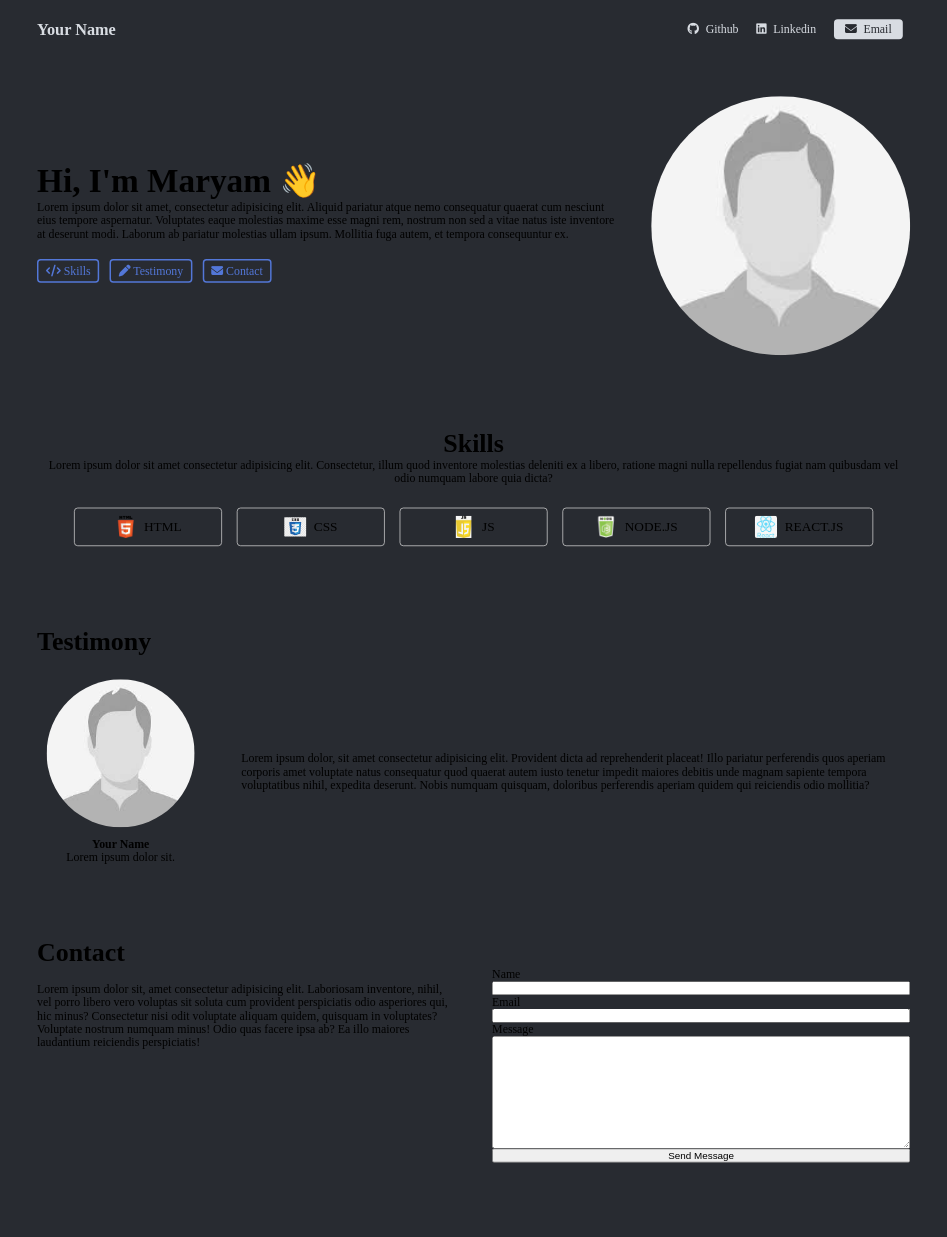
Repository: MaramMaryam/my-portfolio-test
Page: index.html
The author's editor kept a copy of each file at every save. The page is drawn from the files as they stood at one save, then again after a run of saves.
The browser window is 1280 px wide. The pictures show the whole page, at 74% of full size.
Some web libraries are served in a nearby version.

Above is the page before, as saved 2024-09-20 19:33:34.

After the next 14 saves:
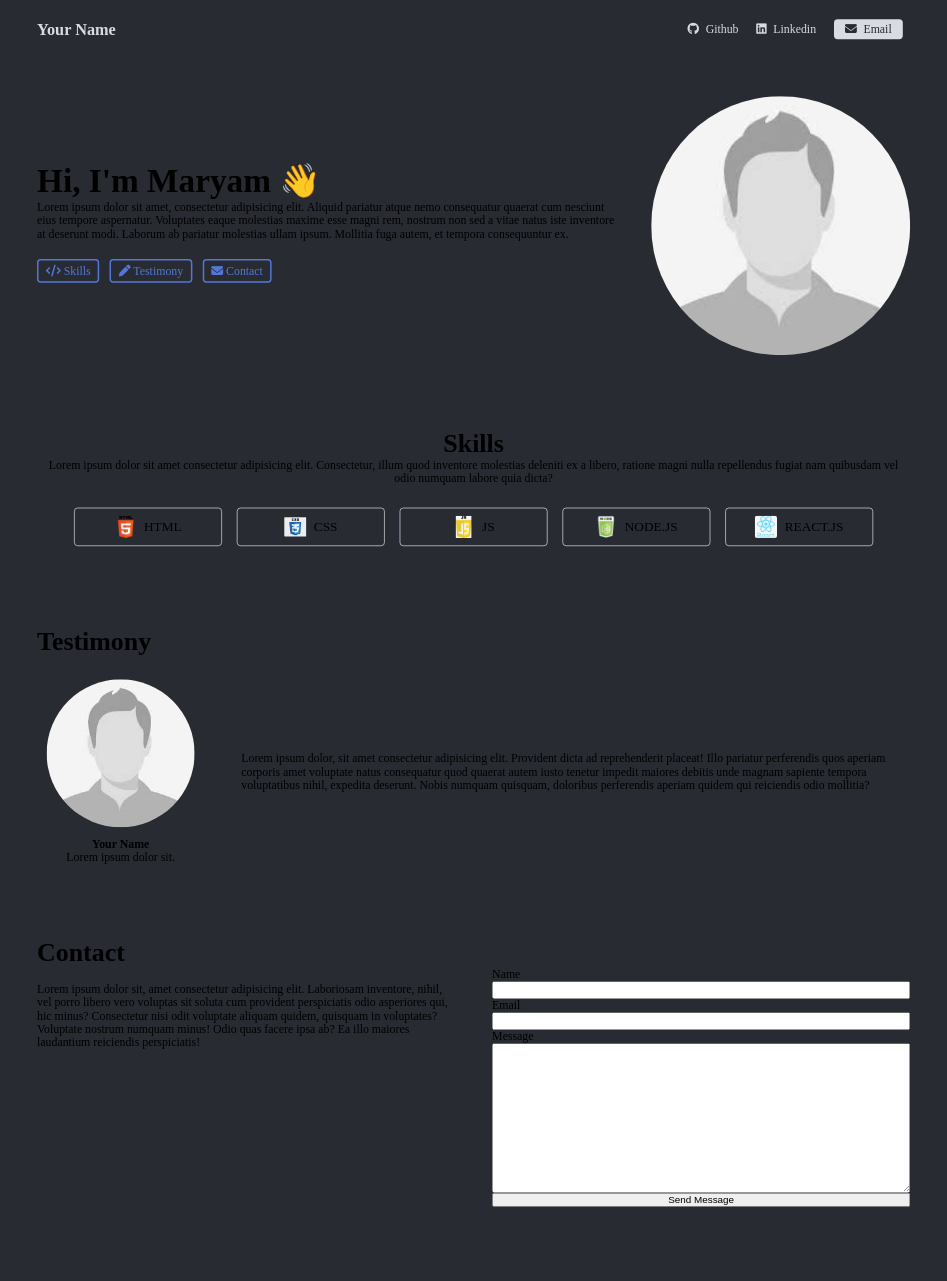
The 14 saves are shown as one change because they came seconds apart.
The last was saved 30 s later.
--- a/styles.css
+++ b/styles.css
@@ -185,7 +185,10 @@ nav .right a span {
     display: flex;
     flex-direction: column;
   }
-  .contact-section .group form
+  .contact-section .group form input,
+  .contact-section .group form textarea {
+    font-family: 'Poppins';
+  }
 
 
 
